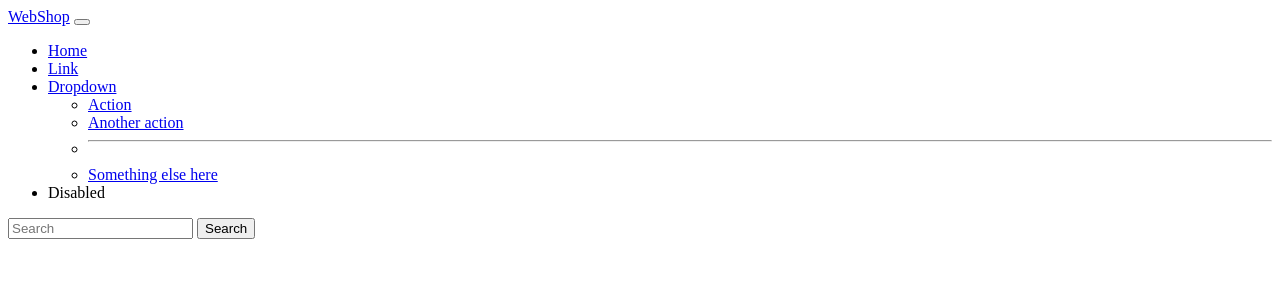
Repository: HimNahyeon/devClassBackup
Page: http://localhost/WebShop/header.jsp
The author's editor kept a copy of each file at every save. The page is drawn from the files as they stood at one save, then again after the next save.
The browser window is 1280 px wide. The pictures show the whole page.
The page is served by Tomcat 9.

Above is the page before, as saved 2021-11-03 02:16:01.

After the next save:
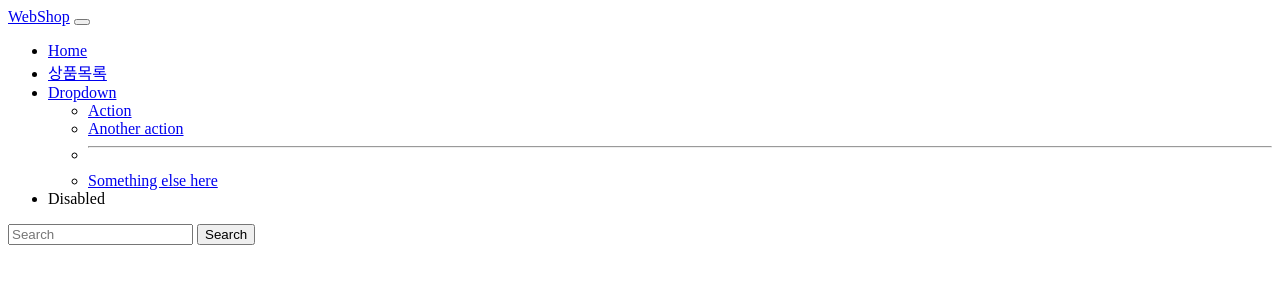
Saved 37 s later.
--- a/jsp/WebShop/WebContent/header.jsp
+++ b/jsp/WebShop/WebContent/header.jsp
@@ -13,7 +13,7 @@
           <a class="nav-link active" aria-current="page" href="#">Home</a>
         </li>
         <li class="nav-item">
-          <a class="nav-link" href="#">Link</a>
+          <a class="nav-link" href="#">상품목록</a>
         </li>
         <li class="nav-item dropdown">
           <a class="nav-link dropdown-toggle" href="#" id="navbarDropdown" role="button" data-bs-toggle="dropdown" aria-expanded="false">
